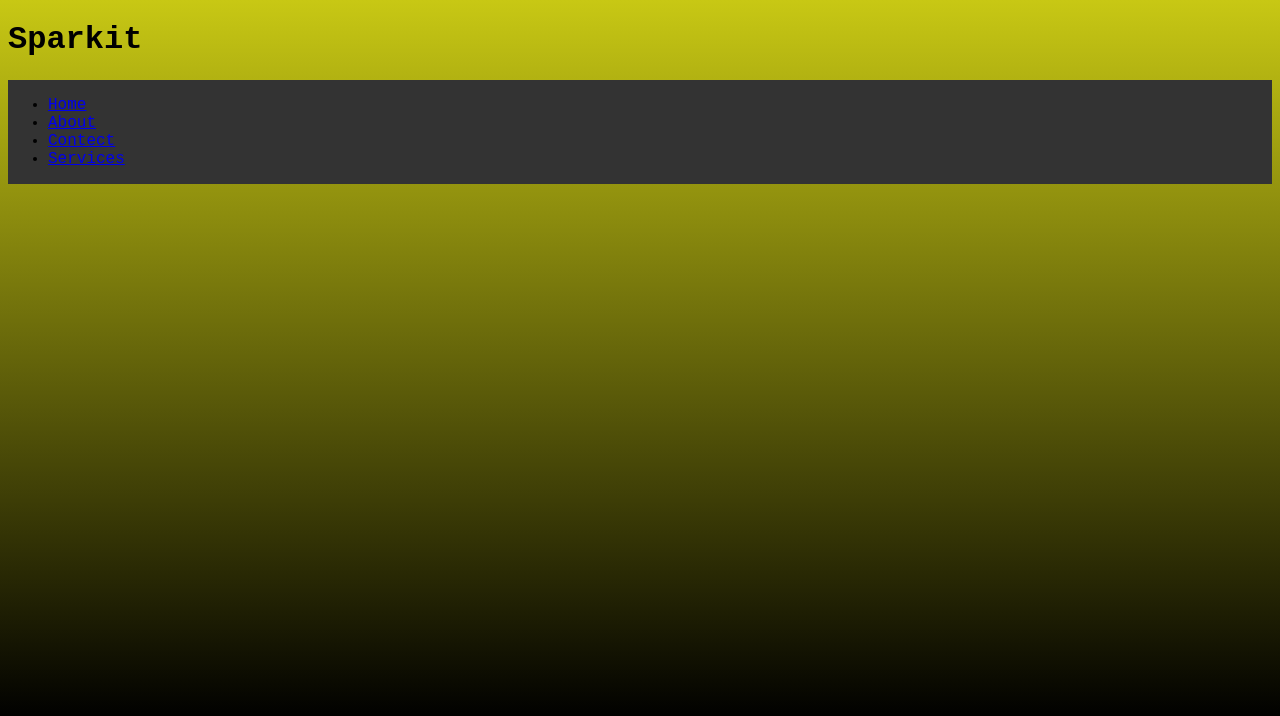
Repository: Haakim19/WebDevelopment
Page: DemoWebPage/Main.html
The author's editor kept a copy of each file at every save. The page is drawn from the files as they stood at one save, then again after the next save.
The browser window is 1280 px wide. The pictures show the whole page.

Above is the page before, as saved 2024-10-10 12:02:55.

### DemoWebPage/Main.html
<!DOCTYPE html>
<html lang="en">
<head>
    <meta charset="UTF-8">
    <meta name="viewport" content="width=device-width, initial-scale=1.0">
    <link rel="stylesheet" href="Main.css">
    <title>Sparkit</title>
</head>
<body>
    <div class="header">
        <h1>Sparkit</h1>
        <div class="header-top-right">
            <ul>
                <li><a href="Main.html">Home</a></li>
                <li><a href="About.html">About</a></li>
                <li><a href="Contect.html">Contect</a></li>
                <li><a href="Services.html">Services</a></li>
            </ul>
        </div>
        <div class="header-top-left">

        </div>
    </div>
    <div class="middle"></div>
    <div class="left"></div>
    <div class="right"></div>
    <div class="footer"></div>
    <script src="Main.js"></script>
</body>
</html>

### DemoWebPage/Main.css
body{
    font-family: 'Courier New', Courier, monospace;
    background:linear-gradient(#c8c814,#000000);
    background-repeat: no-repeat;
    background-attachment: fixed;

}
.header-top-right{
    list-style-type: none;
    margin: 0;
    padding: 0;
    overflow: hidden;
    background-color: #333;
    display: flex;
}

Loaded but not shown: DemoWebPage/Main.js (no stored copy; drawn as an empty file)

After the next save:
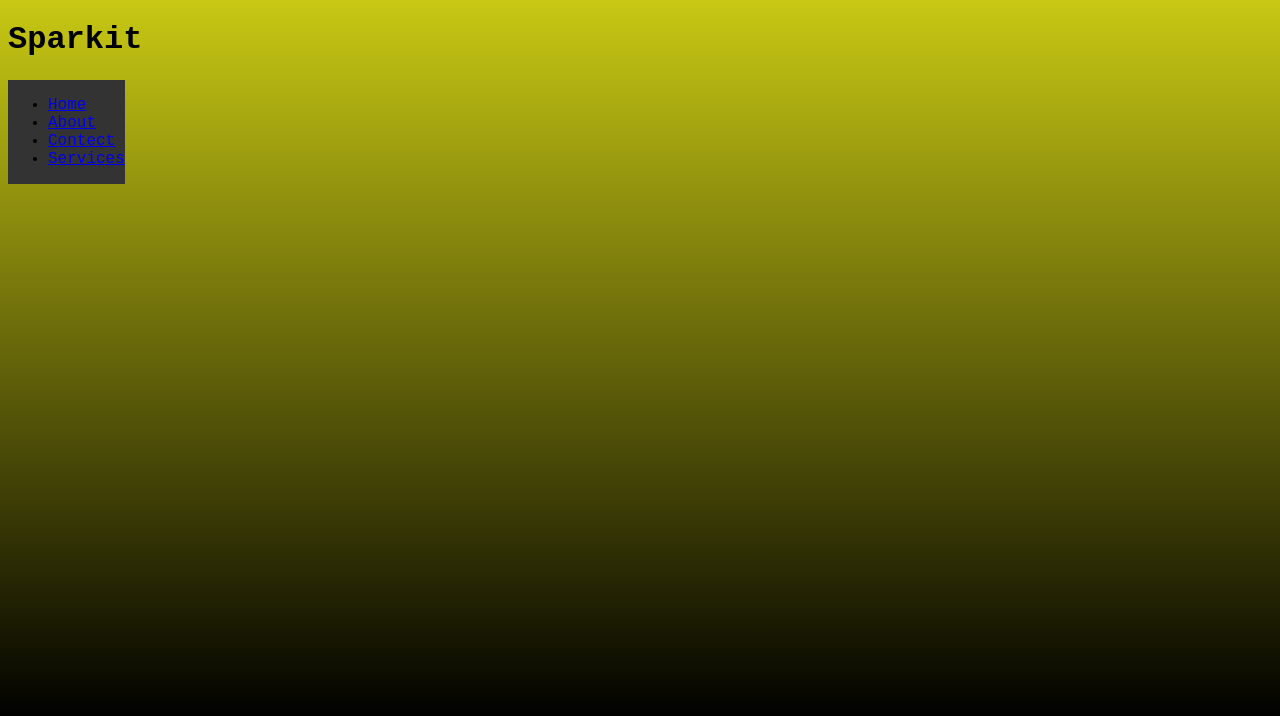
Saved 27 s later.
--- a/DemoWebPage/Main.css
+++ b/DemoWebPage/Main.css
@@ -9,6 +9,8 @@
     list-style-type: none;
     margin: 0;
     padding: 0;
+    width: auto;
+    float: left;
     overflow: hidden;
     background-color: #333;
     display: flex;
